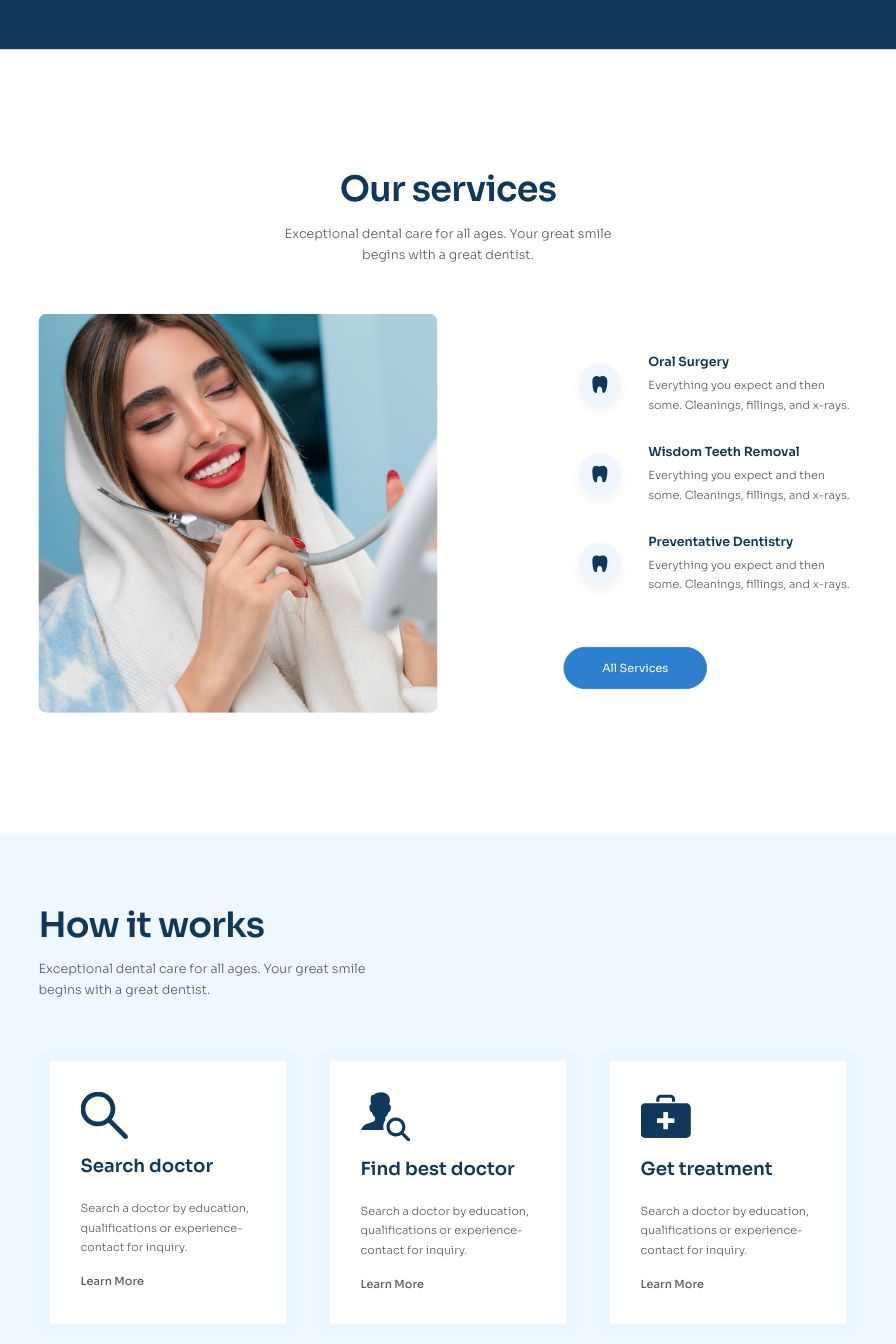
Repository: han2003dz/f8-project-03
Page: index.html
The author's editor kept a copy of each file at every save. The page is drawn from the files as they stood at one save, then again after the next save.
The browser window is 1280 px wide. The pictures show the part of the page from y = 695 to 2615 px (the page is 6000 px tall), at 70% of full size.

Above is the page before, as saved 2023-05-06 21:56:25.

### index.html
<!DOCTYPE html>
<html lang="en">

<head>
    <meta charset="UTF-8">
    <meta http-equiv="X-UA-Compatible" content="IE=edge">
    <meta name="viewport" content="width=device-width, initial-scale=1.0">
    <title>Shine Smile</title>
    <!-- favicon -->
    <link rel="apple-touch-icon" sizes="57x57" href="./assets/favicon/apple-icon-57x57.png">
    <link rel="apple-touch-icon" sizes="60x60" href="./assets/favicon/apple-icon-60x60.png">
    <link rel="apple-touch-icon" sizes="72x72" href="./assets/favicon/apple-icon-72x72.png">
    <link rel="apple-touch-icon" sizes="76x76" href="./assets/favicon/apple-icon-76x76.png">
    <link rel="apple-touch-icon" sizes="114x114" href="./assets/favicon/apple-icon-114x114.png">
    <link rel="apple-touch-icon" sizes="120x120" href="./assets/favicon/apple-icon-120x120.png">
    <link rel="apple-touch-icon" sizes="144x144" href="./assets/favicon/apple-icon-144x144.png">
    <link rel="apple-touch-icon" sizes="152x152" href="./assets/favicon/apple-icon-152x152.png">
    <link rel="apple-touch-icon" sizes="180x180" href="./assets/favicon/apple-icon-180x180.png">
    <link rel="icon" type="image/png" sizes="192x192" href="./assets/favicon/android-icon-192x192.png">
    <link rel="icon" type="image/png" sizes="32x32" href="./assets/favicon/favicon-32x32.png">
    <link rel="icon" type="image/png" sizes="96x96" href="./assets/favicon/favicon-96x96.png">
    <link rel="icon" type="image/png" sizes="16x16" href="./assets/favicon/favicon-16x16.png">
    <link rel="manifest" href="./assets/favicon/manifest.json">
    <meta name="msapplication-TileColor" content="#ffffff">
    <meta name="msapplication-TileImage" content="./assets/favicon/ms-icon-144x144.png">
    <meta name="theme-color" content="#ffffff">
    <!-- embed font -->
    <link rel="preconnect" href="https://fonts.googleapis.com">
    <link rel="preconnect" href="https://fonts.gstatic.com" crossorigin>
    <link href="https://fonts.googleapis.com/css2?family=Sora:wght@300;400;500;600;700&display=swap" rel="stylesheet">
    <!-- my css -->
    <link rel="stylesheet" href="/assets/css/reset.css">
    <link rel="stylesheet" href="/assets/css/style.css">
</head>

<body style="height: 6000px;">
    <header class="header">
        <div class="container">
            <!-- nav -->
            <div class="navigation">
                <a href="#!">
                    <div class="logo">
                        <span class="logo__circle"></span>
                        <span class="logo__text">
                            <span class="logo__brand">shine</span>
                            <span class="logo__brand logo__brand--small">smile</span>
                        </span>
                    </div>
                </a>
                <nav class="navbar">
                    <ul class="nav__list">
                        <li class="nav__item">
                            <a href="#!" class="nav__link nav__link--active">Home</a>
                        </li>
                        <li class="nav__item">
                            <a href="#!" class="nav__link">Services</a>
                        </li>
                        <li class="nav__item">
                            <a href="#!" class="nav__link">About</a>
                        </li>
                        <li class="nav__item">
                            <a href="#!" class="nav__link">Doctors</a>
                        </li>
                    </ul>
                </nav>
                <!-- action -->
                <div class="header-action">
                    <a href="#!" class="header-action__login">Log In</a>
                    <button href="#!" class="header-action__sign-up btn">Sign Up</button>
                </div>
            </div>
            <!-- hero -->
            <section class="hero">
                <!-- hero content -->
                <div class="hero__content">
                    <h1 class="hero__heading">Exceptional dental care for all ages.</h1>
                    <p class="hero__desc">Exceptional dental care for all ages. Your great smile begins with a great
                        dentist.</p>
                    <div class="hero__row">
                        <a href="#!" class="btn hero__btn">Book Online</a>
                        <span class="hero__phone">or call (123) 456-7890</span>
                    </div>
                </div>
                <div class="hero__media">
                    <figure class="hero__images">
                        <img src="./assets/img/img1__hero.jpg" alt="" class="hero__img">
                        <img src="./assets/img/img2__hero.jpg" alt="" class="hero__img">
                    </figure>
                </div>

            </section>
        </div>
    </header>
    <main>
        <!-- service -->
        <div class="service">
            <div class="container">
                <h2 class="section-heading">Our services</h2>
                <p class="section-desc">Exceptional dental care for all ages. Your great smile begins with a great
                    dentist.</p>
                <div class="service__row">
                    <figure>
                        <img src="./assets/img/service-img3.jpg" alt="" class="service__img">
                    </figure>
                    <div>
                        <div class="service__list">
                            <!-- item 1 -->
                            <section class="service-item">
                                <div class="service-item__icon">
                                    <!-- icon -->
                                    <svg width="22" height="24" viewBox="0 0 22 24" fill="none"
                                        xmlns="http://www.w3.org/2000/svg">
                                        <path
                                            d="M20.3598 2.63964C17.9506 -0.556131 14.2772 -0.568132 11.2481 1.10682C11.001 1.24657 10.7219 1.31411 10.4406 1.30222C10.1592 1.29033 9.88633 1.19945 9.65105 1.03931C8.49552 0.245717 7.29036 -0.316477 5.13904 0.207462C0.623408 1.3071 0 4.90379 0 8.99816C0.0797353 12.1602 0.500857 15.3032 1.25551 18.3683C2.11836 22.0168 3.90382 24 5.43354 24C6.96326 24 7.00963 22.2204 7.00963 20.8016C7.00963 19.2009 7.39505 14.8009 10.8642 14.8009C13.5317 14.8009 14.3333 18.4013 14.3333 20.8016C14.3329 23.095 15.1722 24 16.6628 24C19.5267 24 20.9796 15.3938 21.3719 13.1237C21.7642 10.8535 22.9882 6.12569 20.3598 2.63964Z"
                                            fill="currentColor" />
                                    </svg>
                                </div>
                                <div class="service-item__body">
                                    <h3 class="service-item__heading">Oral Surgery</h3>
                                    <p class="service-item__desc">
                                        Everything you expect and then some. Cleanings, fillings, and x-rays.
                                    </p>
                                </div>
                            </section>
                            <!-- item 2 -->
                            <section class="service-item">
                                <div class="service-item__icon">
                                    <!-- icon -->
                                    <svg width="22" height="24" viewBox="0 0 22 24" fill="none"
                                        xmlns="http://www.w3.org/2000/svg">
                                        <path
                                            d="M20.3598 2.63964C17.9506 -0.556131 14.2772 -0.568132 11.2481 1.10682C11.001 1.24657 10.7219 1.31411 10.4406 1.30222C10.1592 1.29033 9.88633 1.19945 9.65105 1.03931C8.49552 0.245717 7.29036 -0.316477 5.13904 0.207462C0.623408 1.3071 0 4.90379 0 8.99816C0.0797353 12.1602 0.500857 15.3032 1.25551 18.3683C2.11836 22.0168 3.90382 24 5.43354 24C6.96326 24 7.00963 22.2204 7.00963 20.8016C7.00963 19.2009 7.39505 14.8009 10.8642 14.8009C13.5317 14.8009 14.3333 18.4013 14.3333 20.8016C14.3329 23.095 15.1722 24 16.6628 24C19.5267 24 20.9796 15.3938 21.3719 13.1237C21.7642 10.8535 22.9882 6.12569 20.3598 2.63964Z"
                                            fill="currentColor" />
                                    </svg>
                                </div>
                                <div class="service-item__body">
                                    <h3 class="service-item__heading">Wisdom Teeth Removal</h3>
                                    <p class="service-item__desc">
                                        Everything you expect and then some. Cleanings, fillings, and x-rays.
                                    </p>
                                </div>
                            </section>
                            <!-- item 3 -->
                            <section class="service-item">
                                <div class="service-item__icon">
                                    <!-- icon -->
                                    <svg width="22" height="24" viewBox="0 0 22 24" fill="none"
                                        xmlns="http://www.w3.org/2000/svg">
                                        <path
                                            d="M20.3598 2.63964C17.9506 -0.556131 14.2772 -0.568132 11.2481 1.10682C11.001 1.24657 10.7219 1.31411 10.4406 1.30222C10.1592 1.29033 9.88633 1.19945 9.65105 1.03931C8.49552 0.245717 7.29036 -0.316477 5.13904 0.207462C0.623408 1.3071 0 4.90379 0 8.99816C0.0797353 12.1602 0.500857 15.3032 1.25551 18.3683C2.11836 22.0168 3.90382 24 5.43354 24C6.96326 24 7.00963 22.2204 7.00963 20.8016C7.00963 19.2009 7.39505 14.8009 10.8642 14.8009C13.5317 14.8009 14.3333 18.4013 14.3333 20.8016C14.3329 23.095 15.1722 24 16.6628 24C19.5267 24 20.9796 15.3938 21.3719 13.1237C21.7642 10.8535 22.9882 6.12569 20.3598 2.63964Z"
                                            fill="currentColor" />
                                    </svg>
                                </div>
                                <div class="service-item__body">
                                    <h3 class="service-item__heading">Preventative Dentistry</h3>
                                    <p class="service-item__desc">
                                        Everything you expect and then some. Cleanings, fillings, and x-rays.
                                    </p>
                                </div>
                            </section>
                        </div>
                        <a href="" class="btn service__btn">All Services</a>
                    </div>
                </div>
            </div>
        </div>
        <section class="work">
            <div class="container">
                <h2 class="section-heading heading__work">How it works</h2>
                <p class="section-desc desc__work">Exceptional dental care for all ages. Your great smile begins with a
                    great dentist.
                </p>
                <div class="work__list">
                    <!-- item 1 -->
                    <section class="work-item">
                        <img src="./assets/icon/search.svg" alt="" class="work-item__icon">
                        <h3 class="work-item__heading">Search doctor</h3>
                        <p class="work-item__desc">Search a doctor by education, qualifications or experience-contact
                            for inquiry.
                        </p>
                        <a href="#!" class="learn-more">Learn More</a>
                    </section>
                    <!-- item 2 -->
                    <section class="work-item">
                        <img src="./assets/icon/search-user.svg" alt="" class="work-item__icon">
                        <h3 class="work-item__heading">Find best doctor</h3>
                        <p class="work-item__desc">Search a doctor by education, qualifications or experience-contact
                            for inquiry.
                        </p>
                        <a href="#!" class="learn-more">Learn More</a>
                    </section>
                    <!-- item 3 -->
                    <section class="work-item">
                        <img src="./assets/icon/bag.svg" alt="" class="work-item__icon">
                        <h3 class="work-item__heading">Get treatment</h3>
                        <p class="work-item__desc">Search a doctor by education, qualifications or experience-contact
                            for inquiry.
                        </p>
                        <a href="#!" class="learn-more">Learn More</a>
                    </section>
                </div>
            </div>
        </section>
        <!-- feature -->
        <section class="feature">
            <div class="container">
                <div class="feature-body">
                    <div class="feature__media">
                        <figure class="feature__images">
                            <img src="./assets/img/feature-img1.jpg" alt="" class="feature__img">
                            <img src="./assets/img/feature-img2.jpg" alt="" class="feature__img">
                        </figure>
                    </div>
                    <section class="feature__content">
                        <h2 class="section-heading">Take back your smile with shine.</h2>
                        <p class="section-desc">If you’re missing multiple teeth due to decay, injury, or the natural aging
                            process, dentures might be the perfect solution.
                        </p>
                        <a href="#!" class="btn">Learn More</a>
                    </section>
                </div>
            </div>
        </section>
    </main>
    <script src="./assets/app.js"></script>
</body>

</html>

### assets/css/style.css
* {
  box-sizing: border-box;
}
html {
  font-size: 62.5%;
}
body {
  font-size: 1.6rem;
  font-family: "Sora", sans-serif;
}
/* common */
.container {
  width: 1170px;
  max-width: calc(100% - 48px);
  margin: 0 auto;
}
.navigation {
  display: flex;
  justify-content: space-between;
  align-items: center;
}
a {
  text-decoration: none;
}
:root {
  --header-bg: #10375c;
  --primary-color: #2e80ce;
  --height-btn: 60px;
}
.nav__link,
.header-action__login {
  padding: 5px 14px;
  font-size: 1.6rem;
  font-weight: 300;
  color: #c9d2da;
}
.header-action__login:hover,
.nav__link:hover,
.nav__link--active {
  text-shadow: 1px 0 0 #fff;
}
.btn {
  display: inline-block;
  min-width: 205px;
  height: var(--height-btn);
  padding: 0 20px;
  border: 1px solid var(--primary-color);
  line-height: var(--height-btn);
  border-radius: 999px;
  font-weight: 400;
  font-size: 1.6rem;
  text-align: center;
  color: #fff;
  background: var(--primary-color);
}
.btn:hover {
  opacity: 0.9;
  cursor: pointer;
}
/* header */
.header {
  padding-top: 30px;
  padding-bottom: 100px;
  min-height: 100vh;
  background: var(--header-bg);
}

.logo {
  /* 1em = 10px */
  font-size: 1rem;
  position: relative;
  display: inline-flex;
  align-items: center;
}
.logo__circle::before,
.logo__circle::after {
  display: inline-block;
  content: "";
  border-radius: 50%;
}
.logo__circle::before {
  width: 3em;
  height: 3em;
  background: var(--primary-color);
}
.logo__circle::after {
  width: 1.6em;
  height: 1.6em;
  background: #fff;
  position: absolute;
  top: 1.1em;
  left: 1.1em;
}
.logo__text {
  margin-left: 0.6em;
  text-align: right;
  line-height: 1.6em;
}
.logo__brand {
  display: block;
  font-weight: 400;
  font-size: 1.8em;
  color: #fff;
}
.logo__brand--small {
  font-size: 1.2em;
  font-weight: 300;
}
/* navbar */
.navbar .nav__list {
  display: flex;
}
.nav__link {
  padding: 5px 21px;
}
.nav__link--active {
  pointer-events: none;
}
.nav__link--active::before {
  position: relative;
  left: -8px;
  bottom: 2px;
  content: "";
  display: inline-block;
  width: 6px;
  height: 6px;
  background: #fff;
  border-radius: 50%;
}
/* header-action */
.header-action {
  display: flex;
  align-items: center;
}
.header-action__login {
  margin-right: 7px;
}
.header-action__sign-up {
  min-width: 120px;
}
/* hero */
.hero {
  display: flex;
  margin-top: 76px;
  align-items: center;
}
.hero__content {
  /* giải quyết vấn đề co nhỏ */
  flex-shrink: 0;
  width: 44%;
}
.hero__media {
  flex-grow: 1;
}
.hero__heading {
  font-weight: 600;
  font-size: 7rem;
  line-height: 1.14;
  /* or 114% */
  letter-spacing: -0.02em;
  color: #ffffff;
}
.hero__desc {
  font-weight: 300;
  font-size: 1.8rem;
  line-height: 1.67;
  /* or 167% */
  color: #c9d2da;
  margin-top: 22px;
  margin-bottom: 38px;
}
.hero__phone {
  font-weight: 400;
  font-size: 1.8rem;
  line-height: 1.67;
  color: #fff;
}
.hero__row {
  display: flex;
  align-items: center;
  gap: 38px;
}
.hero__images {
  display: flex;
  align-items: center;
  justify-content: flex-end;
}
.hero__img {
  width: 330px;
  height: 500px;
  border-radius: 6px;
  object-fit: cover;
}
.hero__img:last-child {
  width: 210px;
  height: 400px;
}
/* service */
.service {
  padding: 170px 0;
}
.section-heading,
.section-desc {
  text-align: center;
}
.section-heading {
  font-weight: 600;
  font-size: 5rem;
  line-height: 1.2;
  /* identical to box height, or 120% */
  letter-spacing: -0.02em;
  color: #10375c;
  margin-bottom: 18px;
}
.section-desc {
  font-weight: 300;
  font-size: 1.8rem;
  line-height: 1.67;
  /* or 167% */
  margin: 0 auto;
  color: #575f66;
  max-width: 468px;
}
.service__row {
  margin-top: 70px;
  display: flex;
  justify-content: space-between;
  align-items: center;
}
.service__img {
  width: 570px;
  height: 570px;
  object-fit: cover;
  border-radius: 12px;
}
.service-item {
  display: flex;
  max-width: 420px;
  height: 128px;
  background: #ffffff;
  border-radius: 10px;
  align-items: center;
}
.service-item:hover {
  box-shadow: 0px 14px 28px rgba(0, 0, 0, 0.05);
  border-radius: 10px;
  cursor: pointer;
  position: relative;
}
.service-item:hover .service-item__icon {
  background: #2e80ce;
  box-shadow: 0px 8px 16px rgba(40, 155, 222, 0.15);
  color: #fff;
}
.service-item__heading {
  font-weight: 600;
  font-size: 1.8rem;
  line-height: 1.27;
  /* identical to box height */
  color: #10375c;
  margin-bottom: 8px;
}
.service-item__desc {
  font-weight: 300;
  font-size: 1.6rem;
  line-height: 1.75;
  /* or 175% */
  color: #575f66;
  max-width: 308px;
}
.service-item__icon {
  display: flex;
  justify-content: center;
  align-items: center;
  margin-right: 19px;
  margin-left: 22px;
  flex-shrink: 0;
  width: 60px;
  height: 60px;
  border-radius: 50%;
  background: #eff6fd;
  box-shadow: 0px 8px 16px rgba(0, 0, 0, 0.05);
  color: #10375c;
}
.service-item__body {
  margin-left: 20px;
}
.service__btn {
  margin-top: 55px;
}
/* work */
.work {
  padding: 100px 0;
  background: #f0f8ff;
}
.heading__work,
.desc__work {
  text-align: left;
  margin: 0;
}
.desc__work {
  margin-top: 18px;
}
.work__list {
  display: grid;
  grid-template-columns: repeat(3, 1fr);
  margin-top: 70px;
  column-gap: 30px;
}
.work-item {
  padding: 44px;
  border-radius: 12px;
  border: 16px solid #eaf6ff;
  background: #fff;
  transition: 0.25s;
}
.work-item:hover {
  border: 16px solid var(--primary-color);
  transform: translateY(-16px);
}
.work-item__heading {
  margin-top: 18px;
  font-weight: 600;
  font-size: 2.6rem;
  line-height: 1.38;
  /* identical to box height, or 138% */
  color: var(--header-bg);
}
.work-item__desc,
.learn-more {
  margin-top: 28px;
  font-weight: 300;
  font-size: 16px;
  line-height: 28px;
  /* or 175% */
  color: #575f66;
}
.learn-more {
  display: inline-block;
  margin-top: 20px;
  font-weight: 500;
}
.learn-more:hover {
  font-weight: 600;
  color: #2e80ce;
  transition: 0.2s;
  transform: translateY(-3px);
}

/* feature */
.feature {
  margin-top: 85px;
  padding: 85px 0;
}
.feature-body {
  display: flex;
  gap: 130px;
}
.feature__media {
  width: 48%;
}
.feature__images {
  position: relative;
  padding-bottom: 121px;
}
.feature__img {
  width: 512px;
  height: 370px;
  border-radius: 6px;
  object-fit: cover;
}
.feature__img:last-child {
  width: 332px;
  position: absolute;
  right: 0;
  bottom: 0;
}
.section-heading {
  font-size: 5rem;
  line-height: 1.2;
  te
}

### assets/app.js
const navItems = document.querySelectorAll(".nav__link");
function handleClickNav(event){
    [...navItems].forEach(item => item.classList.remove("nav__link--active"));
    event.target.classList.add("nav__link--active");
    console.log(event.target);
}
[...navItems].forEach(item => item.addEventListener("click", handleClickNav));

Loaded but not shown: assets/css/reset.css (common file)

After the next save:
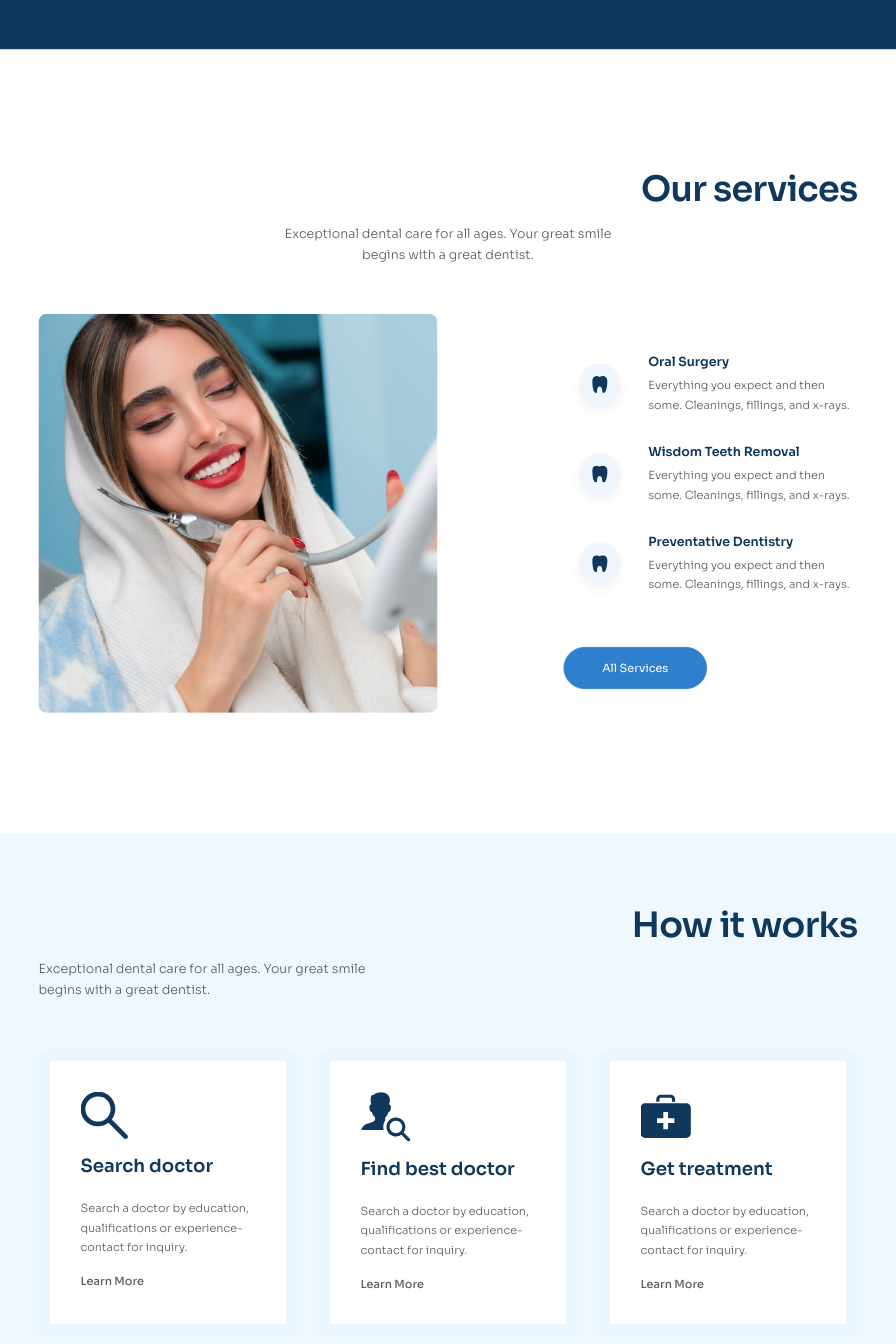
Saved 4 s later.
--- a/assets/css/style.css
+++ b/assets/css/style.css
@@ -378,5 +378,5 @@ a {
 .section-heading {
   font-size: 5rem;
   line-height: 1.2;
-  te
-}
+  text-align: right;
+}
